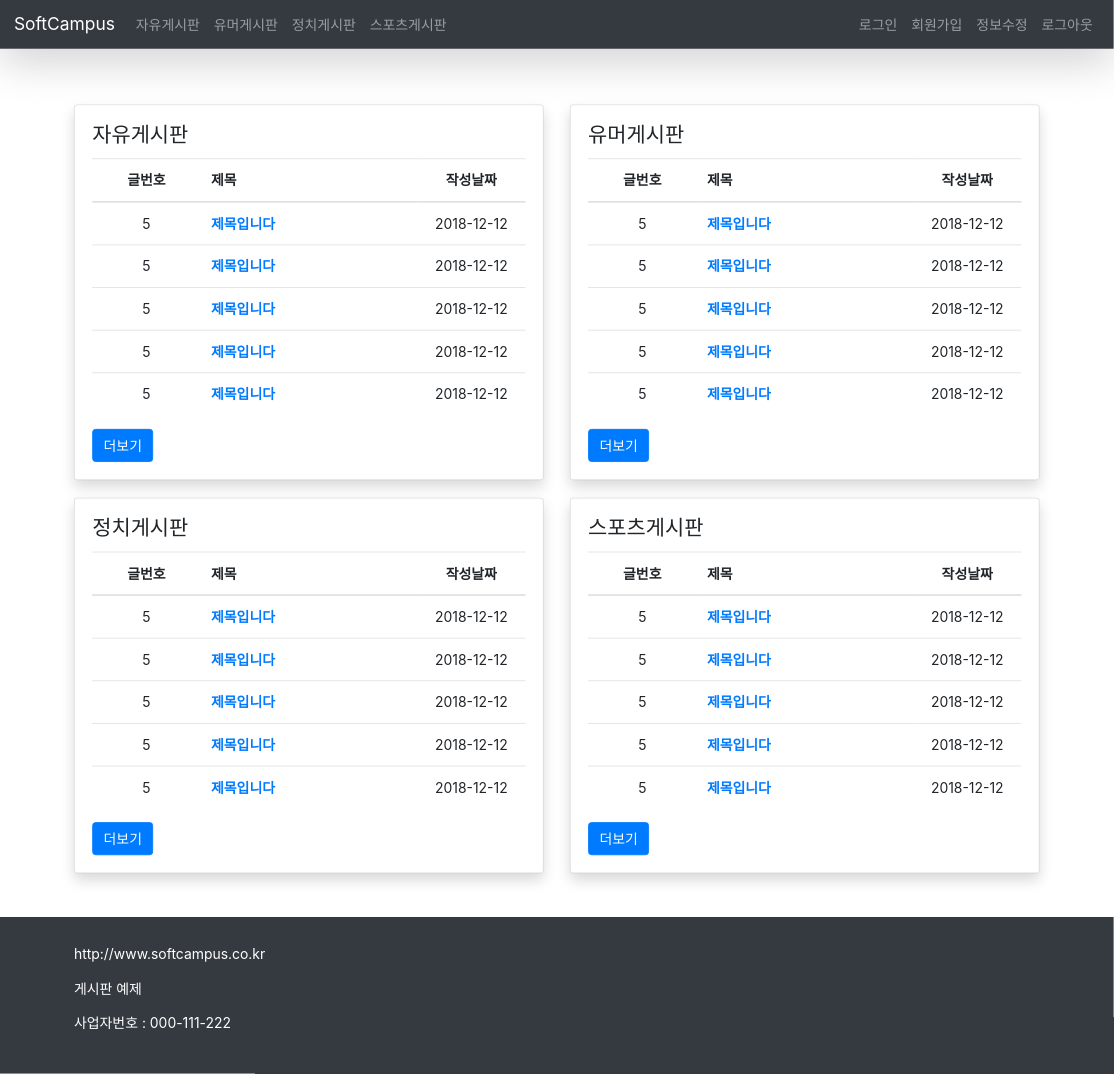
Repository: OhGeanYoung/Spring
Page: http://localhost/MiniProjectJava/WEB-INF/views/main.jsp
An editor plug-in stored every save of this project. The page is shown before and after the next save, followed by the edit.
The browser window is 1280 px wide. The pictures show the whole page, at 87% of full size.
The page is served by Tomcat 9. Nobody is signed in. Other server files are loaded and not shown. The template is opened directly, without the code that normally fills it, so the values that code supplies are empty.

Above is the page before, as saved 2022-06-08 15:05:27.

### MiniProjectJava/WebContent/WEB-INF/views/main.jsp
<%@ page language="java" contentType="text/html; charset=UTF-8"
    pageEncoding="UTF-8"%>
<%@ taglib prefix="c" uri="http://java.sun.com/jsp/jstl/core" %>
<!DOCTYPE html>
<html>
<head>
<meta charset="UTF-8">
<meta name="viewport" content="width=device-width, initial-scale=1">
<title>미니 프로젝트</title>
<!-- Bootstrap CDN -->
<link rel="stylesheet" href="https://maxcdn.bootstrapcdn.com/bootstrap/4.1.0/css/bootstrap.min.css">
<script src="https://ajax.googleapis.com/ajax/libs/jquery/3.3.1/jquery.min.js"></script>
<script src="https://cdnjs.cloudflare.com/ajax/libs/popper.js/1.14.0/umd/popper.min.js"></script>
<script src="https://maxcdn.bootstrapcdn.com/bootstrap/4.1.0/js/bootstrap.min.js"></script>
</head>
<body>
<c:import url="/WEB-INF/views/include/top_menu.jsp" />

<!-- 게시판 미리보기 부분 -->
<div class="container" style="margin-top:100px">
	<div class="row">
		<div class="col-lg-6" style="margin-top:20px">
			<div class="card shadow">
				<div class="card-body">
					<h4 class="card-title">자유게시판</h4>
					<table class="table table-hover" id='board_list'>
						<thead>
							<tr>
								<th class="text-center w-25">글번호</th>
								<th>제목</th>
								<th class="text-center w-25 d-none d-xl-table-cell">작성날짜</th>
							</tr>
						</thead>
						<tbody>
							<tr>
								<td class="text-center">5</td>
								<th><a href='board_read.html'>제목입니다</a></th>
								<td class="text-center d-none d-xl-table-cell">2018-12-12</td>
							</tr>
							<tr>
								<td class="text-center">5</td>
								<th><a href='board_read.html'>제목입니다</a></th>
								<td class="text-center d-none d-xl-table-cell">2018-12-12</td>
							</tr>
							<tr>
								<td class="text-center">5</td>
								<th><a href='board_read.html'>제목입니다</a></th>
								<td class="text-center d-none d-xl-table-cell">2018-12-12</td>
							</tr>
							<tr>
								<td class="text-center">5</td>
								<th><a href='board_read.html'>제목입니다</a></th>
								<td class="text-center d-none d-xl-table-cell">2018-12-12</td>
							</tr>
							<tr>
								<td class="text-center">5</td>
								<th><a href='board_read.html'>제목입니다</a></th>
								<td class="text-center d-none d-xl-table-cell">2018-12-12</td>
							</tr>
						</tbody>
					</table>

					<a href="board_main.html" class="btn btn-primary">더보기</a>
				</div>
			</div>
		</div>
		<div class="col-lg-6" style="margin-top:20px">
			<div class="card shadow">
				<div class="card-body">
					<h4 class="card-title">유머게시판</h4>
					<table class="table table-hover">
						<thead>
							<tr>
								<th class="text-center w-25">글번호</th>
								<th>제목</th>
								<th class="text-center w-25 d-none d-xl-table-cell">작성날짜</th>
							</tr>
						</thead>
						<tbody>
							<tr>
								<td class="text-center">5</td>
								<th><a href='board_read.html'>제목입니다</a></th>
								<td class="text-center d-none d-xl-table-cell">2018-12-12</td>
							</tr>
							<tr>
								<td class="text-center">5</td>
								<th><a href='board_read.html'>제목입니다</a></th>
								<td class="text-center d-none d-xl-table-cell">2018-12-12</td>
							</tr>
							<tr>
								<td class="text-center">5</td>
								<th><a href='board_read.html'>제목입니다</a></th>
								<td class="text-center d-none d-xl-table-cell">2018-12-12</td>
							</tr>
							<tr>
								<td class="text-center">5</td>
								<th><a href='board_read.html'>제목입니다</a></th>
								<td class="text-center d-none d-xl-table-cell">2018-12-12</td>
							</tr>
							<tr>
								<td class="text-center">5</td>
								<th><a href='board_read.html'>제목입니다</a></th>
								<td class="text-center d-none d-xl-table-cell">2018-12-12</td>
							</tr>
						</tbody>
					</table>

					<a href="board_main.html" class="btn btn-primary">더보기</a>
				</div>
			</div>

		</div>
		<div class="col-lg-6" style="margin-top:20px">
			<div class="card shadow">
				<div class="card-body">
					<h4 class="card-title">정치게시판</h4>
					<table class="table table-hover">
						<thead>
							<tr>
								<th class="text-center w-25">글번호</th>
								<th>제목</th>
								<th class="text-center w-25 d-none d-xl-table-cell">작성날짜</th>
							</tr>
						</thead>
						<tbody>
							<tr>
								<td class="text-center">5</td>
								<th><a href='board_read.html'>제목입니다</a></th>
								<td class="text-center d-none d-xl-table-cell">2018-12-12</td>
							</tr>
							<tr>
								<td class="text-center">5</td>
								<th><a href='board_read.html'>제목입니다</a></th>
								<td class="text-center d-none d-xl-table-cell">2018-12-12</td>
							</tr>
							<tr>
								<td class="text-center">5</td>
								<th><a href='board_read.html'>제목입니다</a></th>
								<td class="text-center d-none d-xl-table-cell">2018-12-12</td>
							</tr>
							<tr>
								<td class="text-center">5</td>
								<th><a href='board_read.html'>제목입니다</a></th>
								<td class="text-center d-none d-xl-table-cell">2018-12-12</td>
							</tr>
							<tr>
								<td class="text-center">5</td>
								<th><a href='board_read.html'>제목입니다</a></th>
								<td class="text-center d-none d-xl-table-cell">2018-12-12</td>
							</tr>
						</tbody>
					</table>

					<a href="board_main.html" class="btn btn-primary">더보기</a>
				</div>
			</div>
		</div>
		<div class="col-lg-6" style="margin-top:20px">
			<div class="card shadow">
				<div class="card-body">
					<h4 class="card-title">스포츠게시판</h4>
					<table class="table table-hover">
						<thead>
							<tr>
								<th class="text-center w-25">글번호</th>
								<th>제목</th>
								<th class="text-center w-25 d-none d-xl-table-cell">작성날짜</th>
							</tr>
						</thead>
						<tbody>
							<tr>
								<td class="text-center">5</td>
								<th><a href='board_read.html'>제목입니다</a></th>
								<td class="text-center d-none d-xl-table-cell">2018-12-12</td>
							</tr>
							<tr>
								<td class="text-center">5</td>
								<th><a href='board_read.html'>제목입니다</a></th>
								<td class="text-center d-none d-xl-table-cell">2018-12-12</td>
							</tr>
							<tr>
								<td class="text-center">5</td>
								<th><a href='board_read.html'>제목입니다</a></th>
								<td class="text-center d-none d-xl-table-cell">2018-12-12</td>
							</tr>
							<tr>
								<td class="text-center">5</td>
								<th><a href='board_read.html'>제목입니다</a></th>
								<td class="text-center d-none d-xl-table-cell">2018-12-12</td>
							</tr>
							<tr>
								<td class="text-center">5</td>
								<th><a href='board_read.html'>제목입니다</a></th>
								<td class="text-center d-none d-xl-table-cell">2018-12-12</td>
							</tr>
						</tbody>
					</table>

					<a href="board_main.html" class="btn btn-primary">더보기</a>
				</div>
			</div>
		</div>
	</div>
</div>

<div class="container-fluid bg-dark text-white" style="margin-top:50px;padding-top:30px;padding-bottom:30px">
	<div class="container">
		<p>http://www.softcampus.co.kr</p>
		<p>게시판 예제</p>
		<p>사업자번호 : 000-111-222</p>
	</div>
</div>

</body>
</html>

### MiniProjectJava/WebContent/WEB-INF/views/include/top_menu.jsp
<%@ page language="java" contentType="text/html; charset=UTF-8"
    pageEncoding="UTF-8"%>

<!-- 상단 메뉴 부분 -->
<nav class="navbar navbar-expand-md bg-dark navbar-dark fixed-top shadow-lg">
	<a class="navbar-brand" href="index.html">SoftCampus</a>
	<button class="navbar-toggler" type="button" data-toggle="collapse"
	        data-target="#navMenu">
		<span class="navbar-toggler-icon"></span>
	</button>
	<div class="collapse navbar-collapse" id="navMenu">
		<ul class="navbar-nav">
			<li class="nav-item">
				<a href="board_main.html" class="nav-link">자유게시판</a>
			</li>
			<li class="nav-item">
				<a href="board_main.html" class="nav-link">유머게시판</a>
			</li>
			<li class="nav-item">
				<a href="board_main.html" class="nav-link">정치게시판</a>
			</li>
			<li class="nav-item">
				<a href="board_main.html" class="nav-link">스포츠게시판</a>
			</li>
		</ul>

		<ul class="navbar-nav ml-auto">
			<li class="nav-item">
				<a href="login.html" class="nav-link">로그인</a>
			</li>
			<li class="nav-item">
				<a href="join.html" class="nav-link">회원가입</a>
			</li>
			<li class="nav-item">
				<a href="modify_user.html" class="nav-link">정보수정</a>
			</li>
			<li class="nav-item">
				<a href="index.html" class="nav-link">로그아웃</a>
			</li>
		</ul>
	</div>
</nav>

### MiniProjectJava/WebContent/WEB-INF/views/include/bottom_info.jsp
<%@ page language="java" contentType="text/html; charset=UTF-8"
    pageEncoding="UTF-8"%>

<div class="container-fluid bg-dark text-white" style="margin-top:50px;padding-top:30px;padding-bottom:30px">
	<div class="container">
		<p>http://www.softcampus.co.kr</p>
		<p>게시판 예제</p>
		<p>사업자번호 : 000-111-222</p>
	</div>
</div>

After the next save:
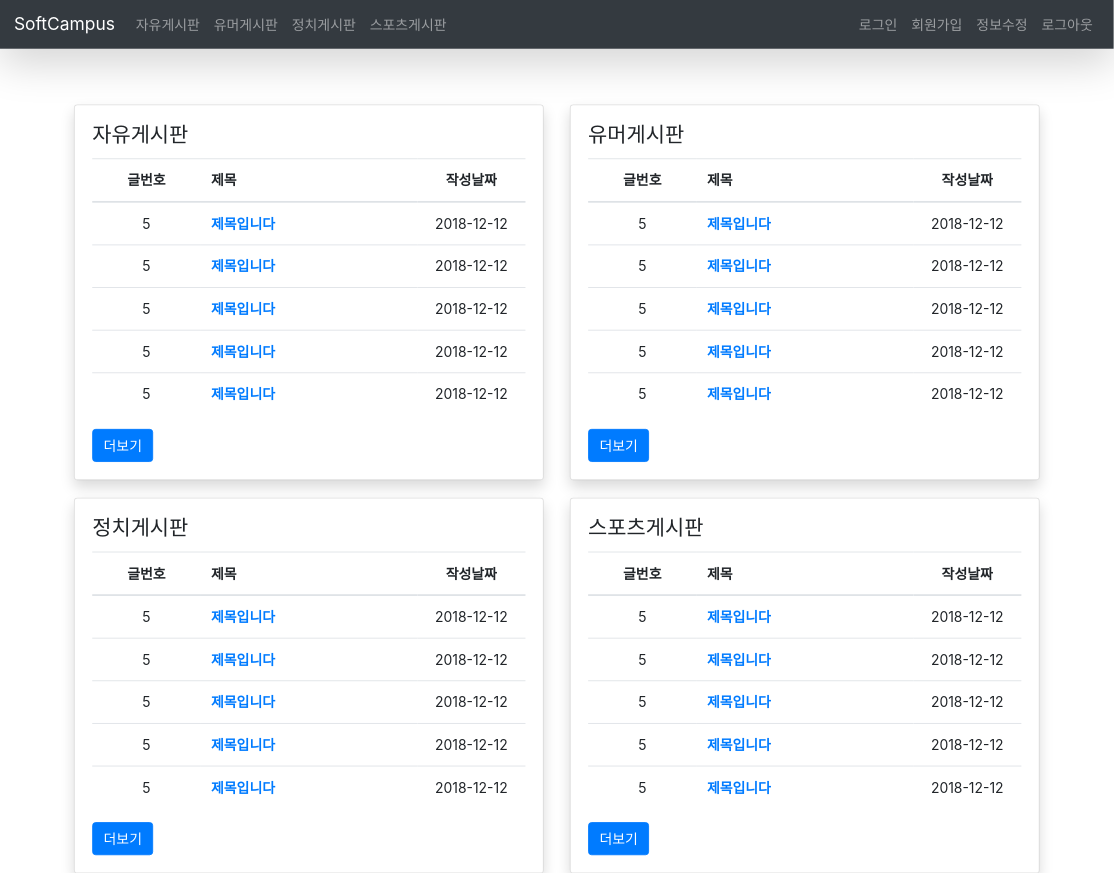
Saved 3 s later.
--- a/MiniProjectJava/WebContent/WEB-INF/views/main.jsp
+++ b/MiniProjectJava/WebContent/WEB-INF/views/main.jsp
@@ -203,13 +203,5 @@
 	</div>
 </div>
 
-<div class="container-fluid bg-dark text-white" style="margin-top:50px;padding-top:30px;padding-bottom:30px">
-	<div class="container">
-		<p>http://www.softcampus.co.kr</p>
-		<p>게시판 예제</p>
-		<p>사업자번호 : 000-111-222</p>
-	</div>
-</div>
-
 </body>
 </html>

After the 2 saves that followed:
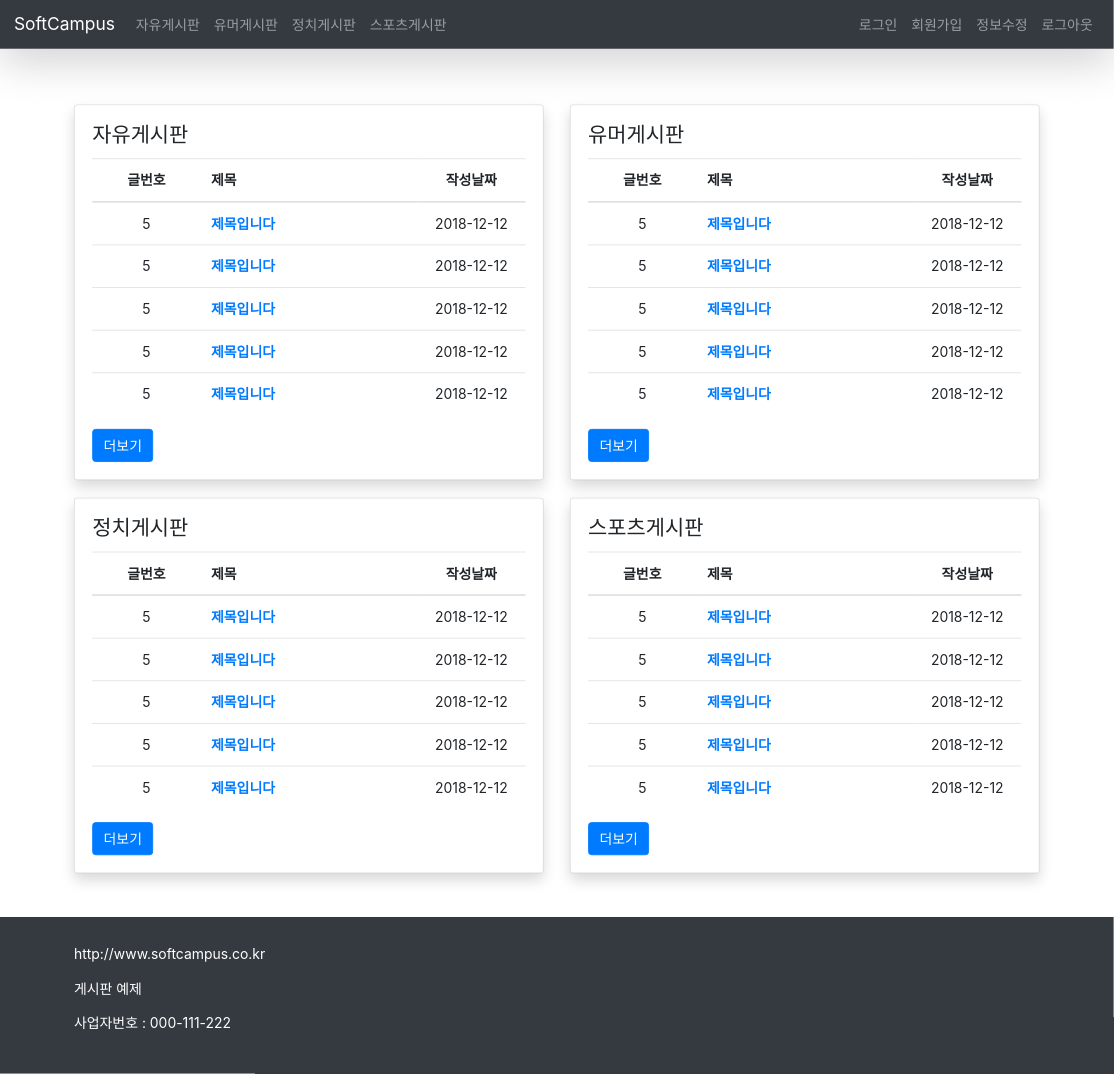
The 2 saves are shown as one change because 1 did not build or start.
The last was saved 49 s later.
--- a/MiniProjectJava/WebContent/WEB-INF/views/main.jsp
+++ b/MiniProjectJava/WebContent/WEB-INF/views/main.jsp
@@ -203,5 +203,7 @@
 	</div>
 </div>
 
+<c:import url="/WEB-INF/views/include/bottom_info.jsp" />
+
 </body>
 </html>
